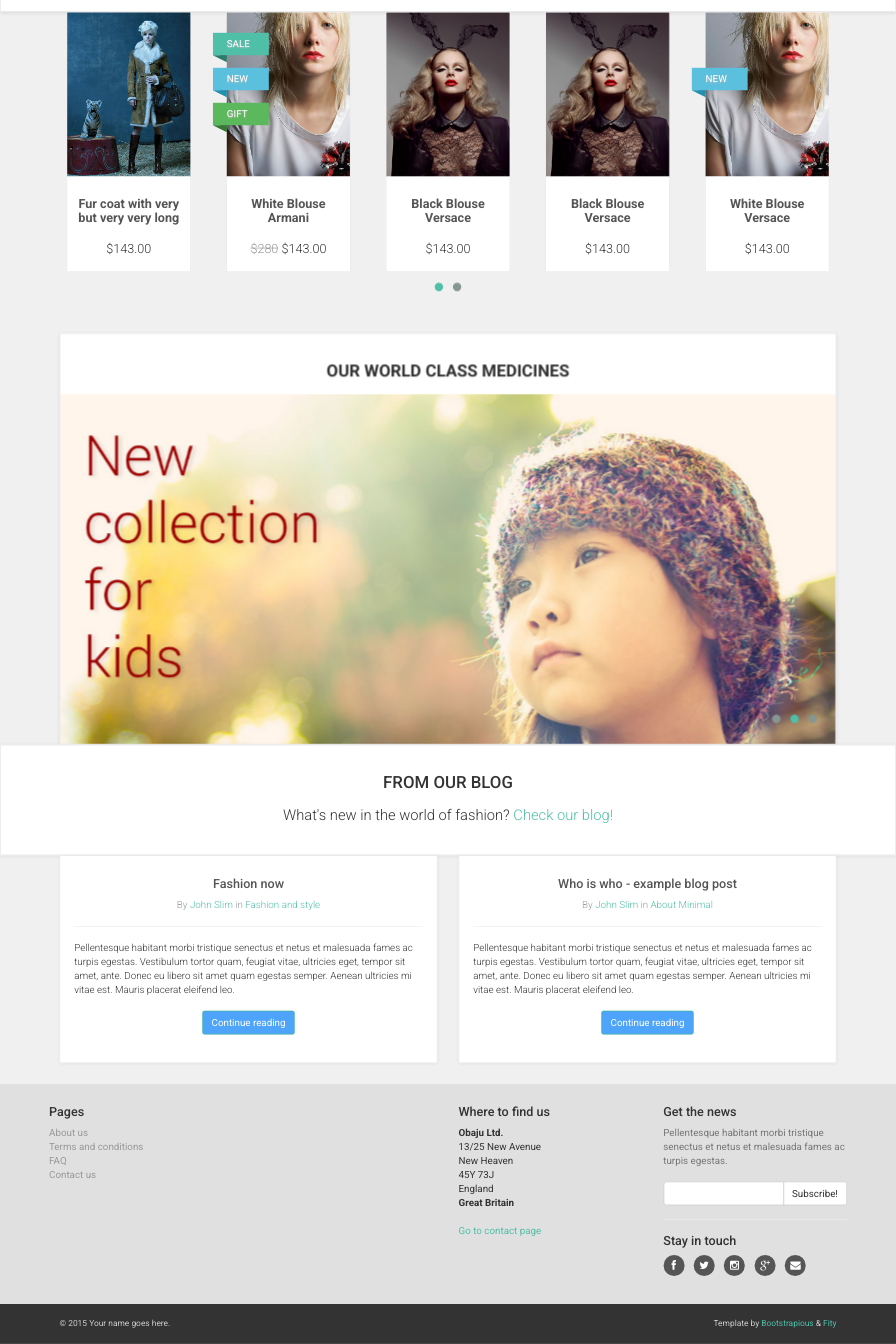
Repository: Sagnikb9/JavaDevops-Ecommerce
Page: http://localhost/MedioxyPharm/
An editor plug-in stored every save of this project. The page is shown before and after the next save, followed by the edit.
The browser window is 1280 px wide. The pictures show the part of the page from y = 1067 to 2987 px (the page is 2987 px tall before and 2829 px after), at 70% of full size.
The page is served by Tomcat 9.

Above is the page before, as saved 2017-10-01 12:15:15.

After the next save:
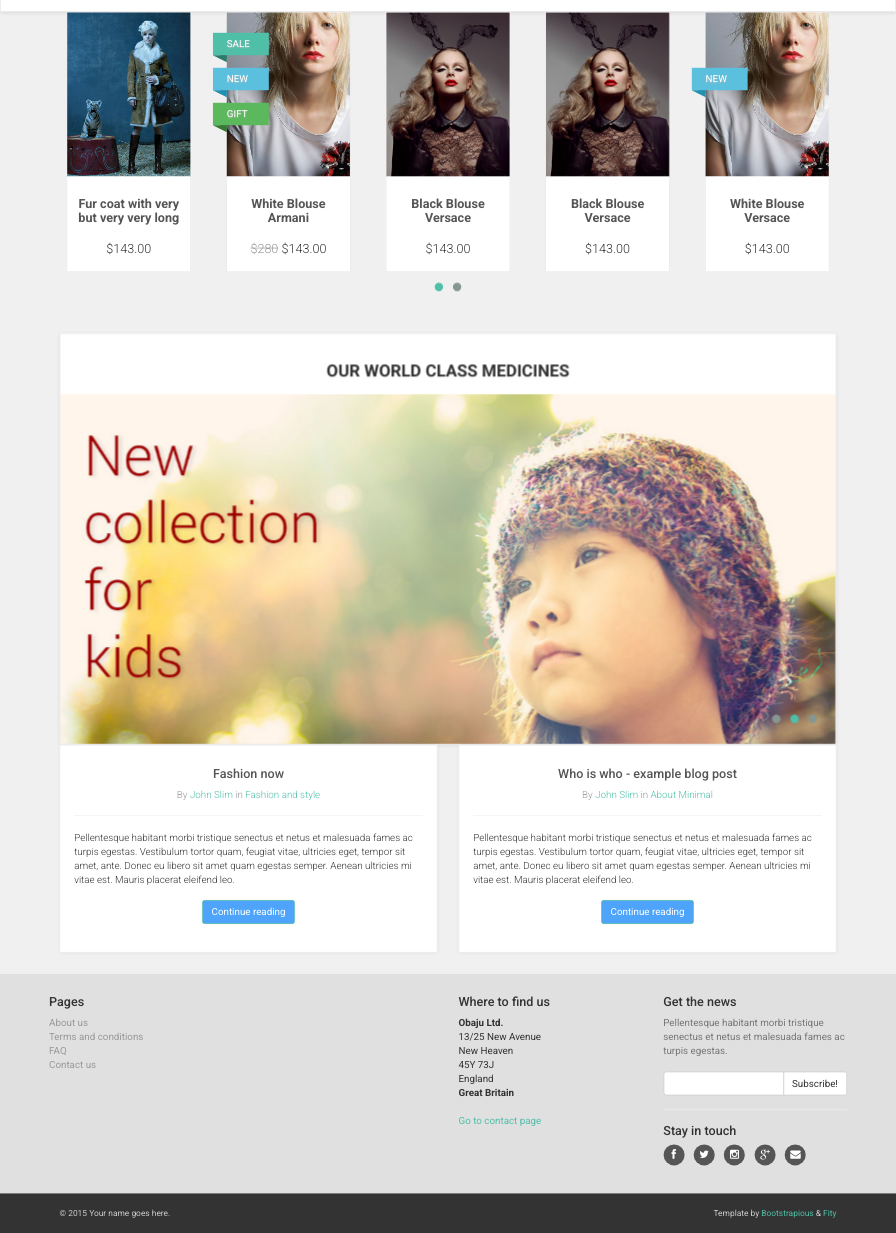
Saved 2 min 6 s later.
--- a/MedioxyPharm/src/main/webapp/index.jsp
+++ b/MedioxyPharm/src/main/webapp/index.jsp
@@ -404,16 +404,7 @@
             <!-- *** BLOG HOMEPAGE ***
  _________________________________________________________ -->
 
-            <div class="box text-center" data-animate="fadeInUp">
-                <div class="container">
-                    <div class="col-md-12">
-                        <h3 class="text-uppercase">From our blog</h3>
-
-                        <p class="lead">What's new in the world of fashion? <a href="blog.html">Check our blog!</a>
-                        </p>
-                    </div>
-                </div>
-            </div>
+
 
             <div class="container">
 
